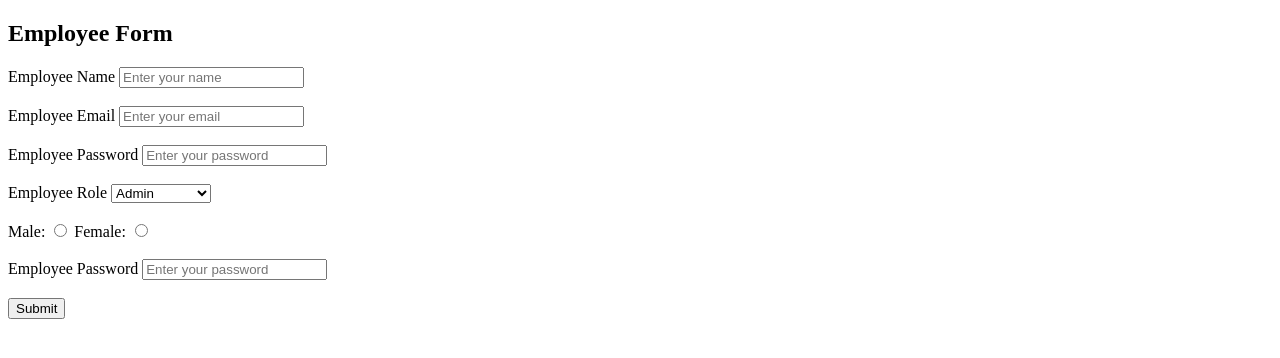
Repository: mrhpn/JavaEE--JSP-SERVLET
Page: JSP_JSTL/WebContent/employee-form.html
The author's editor kept a copy of each file at every save. The page is drawn from the files as they stood at one save, then again after a run of saves.
The browser window is 1280 px wide. The pictures show the whole page.

Above is the page before, as saved 2021-04-01 07:44:57.

### JSP_JSTL/WebContent/employee-form.html
<!DOCTYPE html>
<html>
<head>
<meta charset="ISO-8859-1">
<title>Insert title here</title>
</head>
<body>
	<h2>Employee Form</h2>

	<form action="read-employee-form.jsp" method="GET">
		<label>Employee Name</label>
		<input type="text" name="employeeName" placeholder="Enter your name" required="required" />
		<br><br>

		<label>Employee Email</label>
		<input type="email" name="employeeEmail" placeholder="Enter your email" required="required" />
		<br><br>

		<label>Employee Password</label>
		<input type="password" name="employeePassword" placeholder="Enter your password" required="required" />
		<br><br>

		<label>Employee Role</label>
		<select name="employeeRole" required="required">
			<option disabled="disabled">Choose Role</option>
			<option value="admin">Admin</option>
			<option value="manager">Manager</option>
			<option value="staff">Staff</option>
		</select>
		<br><br>

		Male: <input type="radio" name="employeeGender" value="Male" required="required"/>
		Female: <input type="radio" name="employeeGender" value="Female" required="required"/>
		<br><br>

		<label>Employee Password</label>
		<input type="password" name="employeePassword" placeholder="Enter your password" required="required" />
		<br><br>

		<input type="submit" value="Submit" />
	</form>

</body>
</html>

After the next 2 saves:
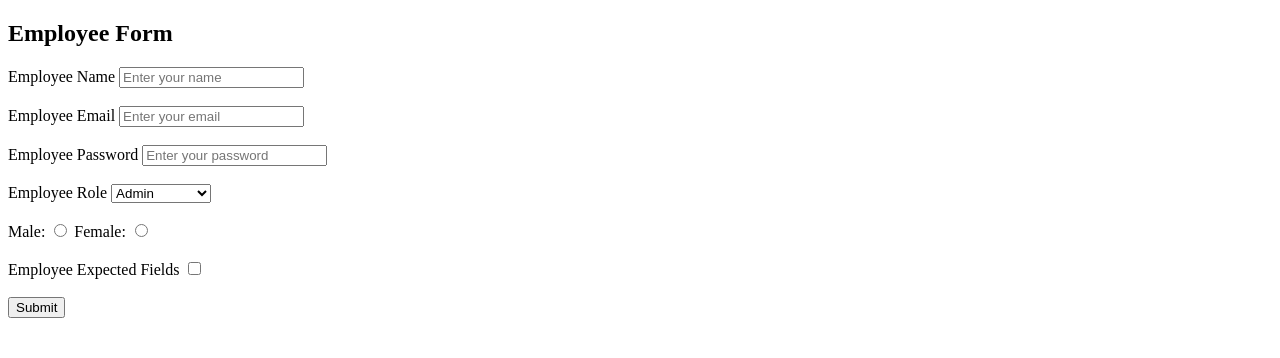
The 2 saves are shown as one change because they came seconds apart.
The last was saved 10 s later.
--- a/JSP_JSTL/WebContent/employee-form.html
+++ b/JSP_JSTL/WebContent/employee-form.html
@@ -33,8 +33,8 @@
 		Female: <input type="radio" name="employeeGender" value="Female" required="required"/>
 		<br><br>
 
-		<label>Employee Password</label>
-		<input type="password" name="employeePassword" placeholder="Enter your password" required="required" />
+		<label>Employee Expected Fields</label>
+		<input type="checkbox" name="employeePassword" placeholder="Enter your password" required="required" />
 		<br><br>
 
 		<input type="submit" value="Submit" />
